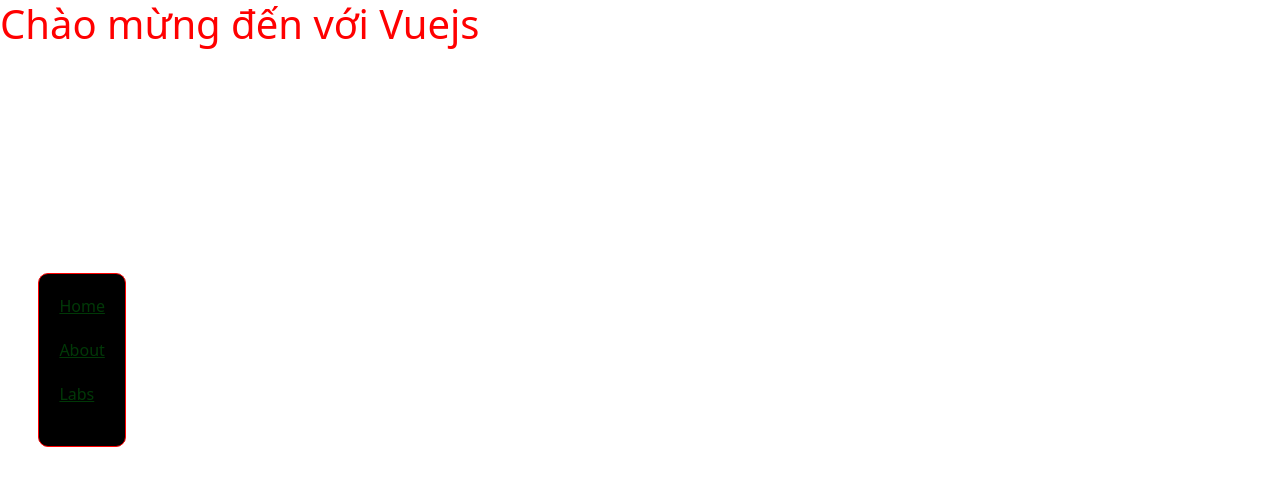
Repository: tuankiet10920/homeworkFEF
Page: /
These files come from the project's save history. The page is drawn as it stood at one moment and after the next save; the edit follows.
The browser window is 1280 px wide. The pictures show the whole page.
The project was rebuilt for these pictures with package versions that can differ from the ones it lists, and the page was loaded fresh each time. Also part of the build but not shown: vite.config.js, src/components/HelloWorld.vue.

Above is the page before, as saved 2024-10-22 14:39:31.

### index.html
<!doctype html>
<html lang="en">
  <head>
    <meta charset="UTF-8" />
    <link rel="icon" href="/favicon.ico" />
    <meta name="viewport" content="width=device-width, initial-scale=1.0" />
    <link
      href="https://cdn.jsdelivr.net/npm/bootstrap@5.3.3/dist/css/bootstrap.min.css"
      rel="stylesheet"
      integrity="sha384-QWTKZyjpPEjISv5WaRU9OFeRpok6YctnYmDr5pNlyT2bRjXh0JMhjY6hW+ALEwIH"
      crossorigin="anonymous"
    />
    <title>Vite App</title>
    <link rel="stylesheet" href="./src/assets/css/main.css" />
  </head>
  <body>
    <div id="app"></div>
    <script
      src="https://cdn.jsdelivr.net/npm/bootstrap@5.3.3/dist/js/bootstrap.bundle.min.js"
      integrity="sha384-YvpcrYf0tY3lHB60NNkmXc5s9fDVZLESaAA55NDzOxhy9GkcIdslK1eN7N6jIeHz"
      crossorigin="anonymous"
    ></script>
    <script type="module" src="/src/main.js"></script>
  </body>
</html>

### src/assets/css/main.css
* {
  margin: 0;
  padding: 0;
  box-sizing: border-box;
  text-decoration: none;
  color: #000;
  font-size: 16px;
}

### src/App.vue
<script setup>
import { RouterLink, RouterView } from 'vue-router'
import HelloWorld from './components/HelloWorld.vue'
</script>

<template>
  <header>
    <div class="wrapper">
      <nav>
        <RouterLink to="/">Home</RouterLink>
        <RouterLink to="/about">About</RouterLink>
        <RouterLink to="/labs">Labs</RouterLink>
      </nav>
    </div>
  </header>
  <RouterView />
</template>

<style scoped>
.wrapper nav a {
  margin-bottom: 20px;
  color: #003807;
}
nav {
  display: flex;
  flex-direction: column;
  position: absolute;
  top: 50%;
  left: 3%;
  transform: translateY(-50%);
  padding: 20px;
  border-radius: 10px;
  border: 1px solid red;
  background: #000;
}
</style>

### src/router/index.js
import { createRouter, createWebHistory } from 'vue-router'
import HomeView from '../views/HomeView.vue'

const router = createRouter({
  history: createWebHistory(import.meta.env.BASE_URL),
  routes: [
    {
      path: '/',
      name: 'home',
      component: HomeView,
    },
    {
      path: '/about',
      name: 'about',
      // route level code-splitting
      // this generates a separate chunk (About.[hash].js) for this route
      // which is lazy-loaded when the route is visited.
      component: () => import('../views/AboutView.vue'),
    },
    {
      path: '/labs',
      name: 'labs',
      component: () => import('../views/LabView.vue'),
    },
    // cac bai labs

    // Lab 1
    {
      path: '/bai2lab1',
      name: 'bai2lab1',
      component: () => import('../Labs/Lab1/Bai2.vue'),
    },
    {
      path: '/bai3lab1',
      name: 'bai3lab1',
      component: () => import('../Labs/Lab1/Bai3.vue'),
    },
    {
      path: '/bai4lab1',
      name: 'bai4lab1',
      component: () => import('../Labs/Lab1/Bai4.vue'),
    },
  ],
})

export default router

### src/views/HomeView.vue
<script setup>
import Bai2 from '../Labs/Lab1/Bai2.vue'
</script>

<template>
  <main>
    <Bai2 />
    <!-- Lab 1: Bai 2 -->
    <TheWelcome />
  </main>
</template>

### src/Labs/Lab1/Bai2.vue
<script setup></script>
<template>
    <h1>Chào mừng đến với Vuejs</h1>
</template>
<style scoped>
h1{
    color: red;
}
</style>

Loaded but not shown: src/main.js (common file)

After the next save:
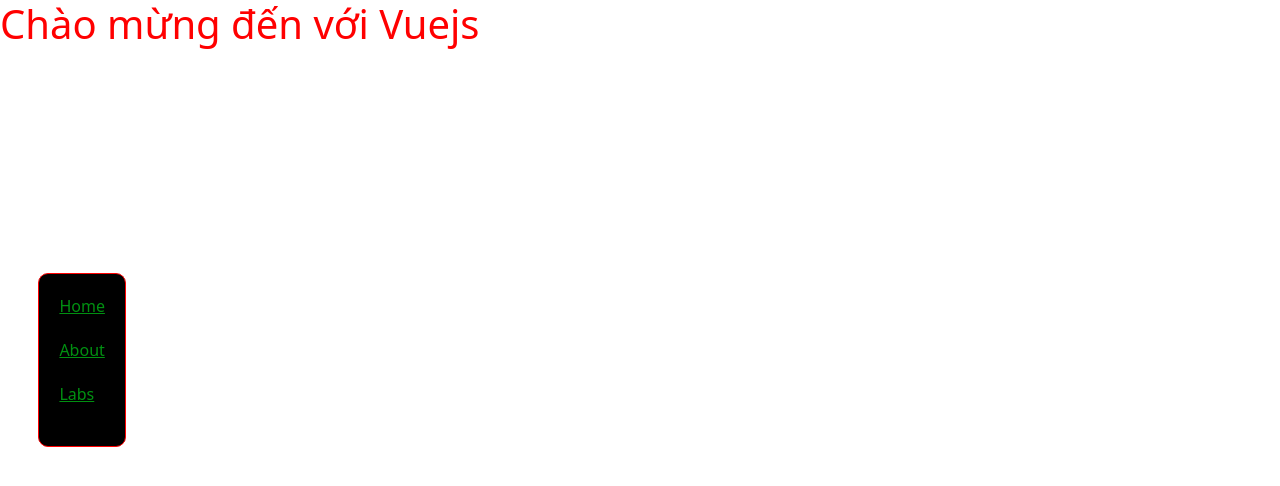
Saved 15 s later.
--- a/src/App.vue
+++ b/src/App.vue
@@ -19,7 +19,7 @@ import HelloWorld from './components/HelloWorld.vue'
 <style scoped>
 .wrapper nav a {
   margin-bottom: 20px;
-  color: #003807;
+  color: #009011;
 }
 nav {
   display: flex;
